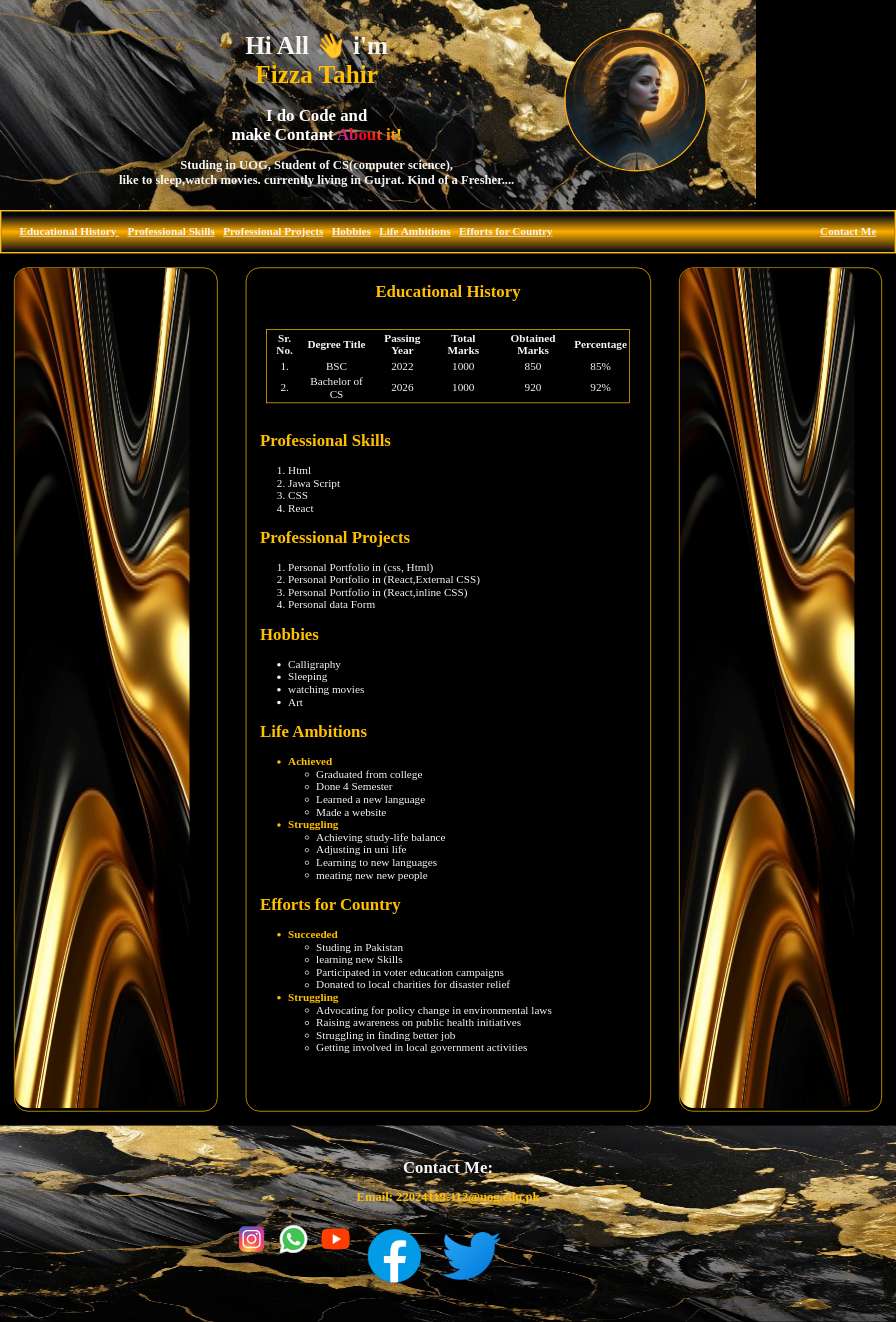
Repository: Fizza-112/project
Page: /
The author's editor kept a copy of each file at every save. The page is drawn from the files as they stood at one save, then again after the next save.
The browser window is 1280 px wide. The pictures show the whole page, at 70% of full size.
The project was rebuilt for these pictures with package versions that can differ from the ones it lists, and the page was loaded fresh each time. Also part of the build but not shown: vite.config.ts.

Above is the page before, as saved 2024-09-20 13:47:17.

After the next save:
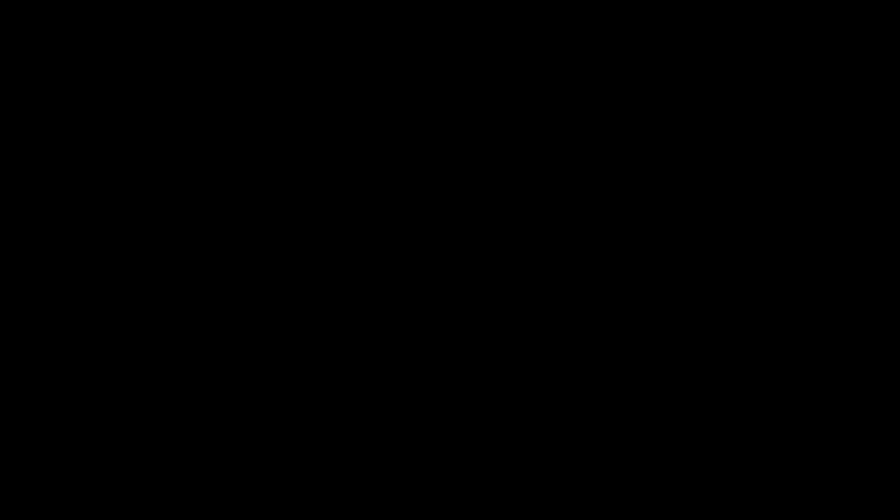
Console error: ReferenceError: o is not defined
Saved 5 min 30 s later.
--- a/src/App.tsx
+++ b/src/App.tsx
@@ -9,7 +9,7 @@
 import marbelimg from "./components/marbel.webp"
 import profimg from "./assets/WhatsApp Image 2024-09-20 at 8.07.10 AM.jpeg"
 import sidedivimg from "./assets/sidediv.webp"
-
+o
 const App = () => {
   return (
     <>

After the 6 saves that followed:
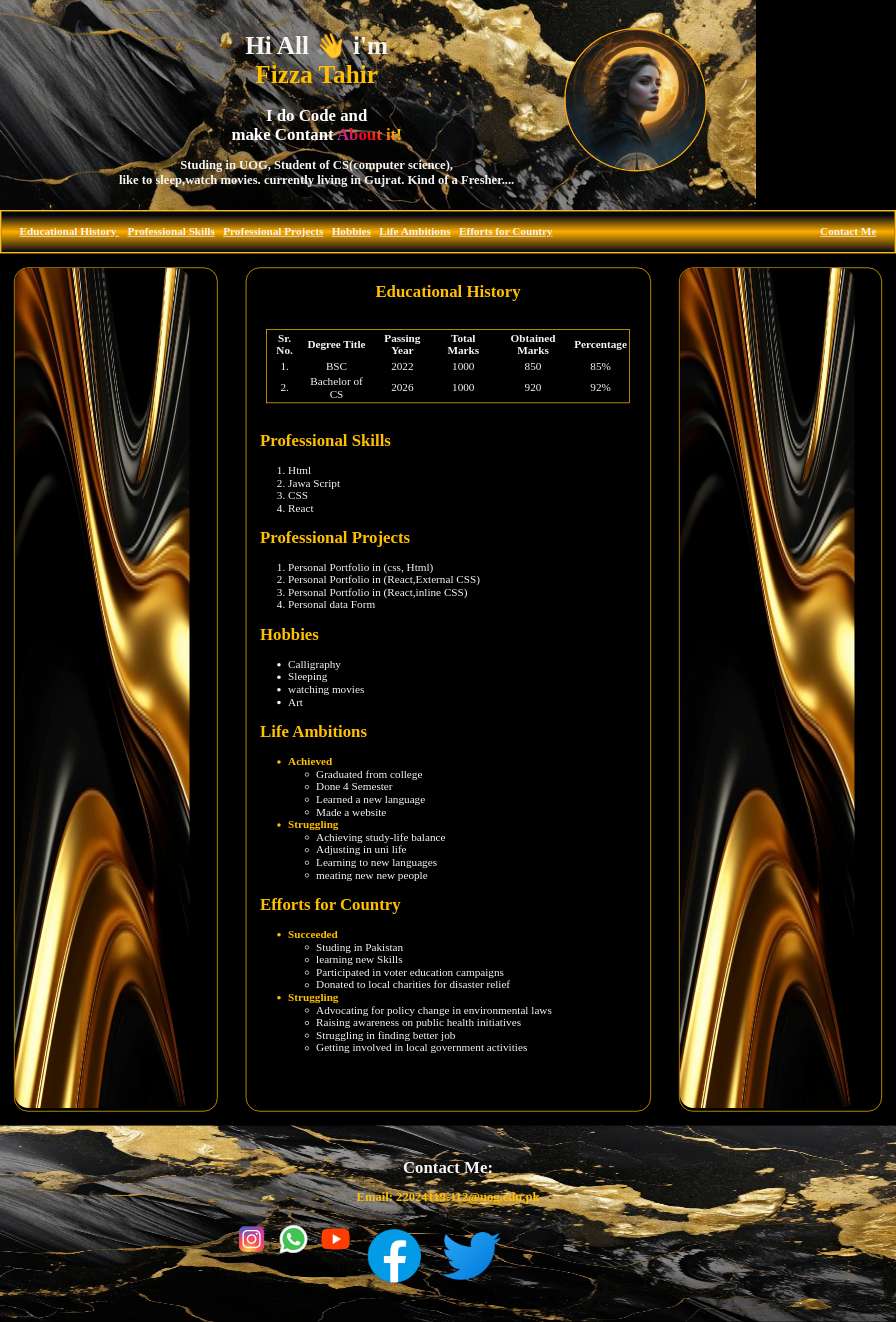
The error is gone.
The 6 saves are shown as one change because 2 did not build or start and some came seconds apart.
The last was saved 21 s later.
--- a/src/App.tsx
+++ b/src/App.tsx
@@ -9,7 +9,7 @@
 import marbelimg from "./components/marbel.webp"
 import profimg from "./assets/WhatsApp Image 2024-09-20 at 8.07.10 AM.jpeg"
 import sidedivimg from "./assets/sidediv.webp"
-o
+import contantimg from "./App.css/"
 const App = () => {
   return (
     <>
